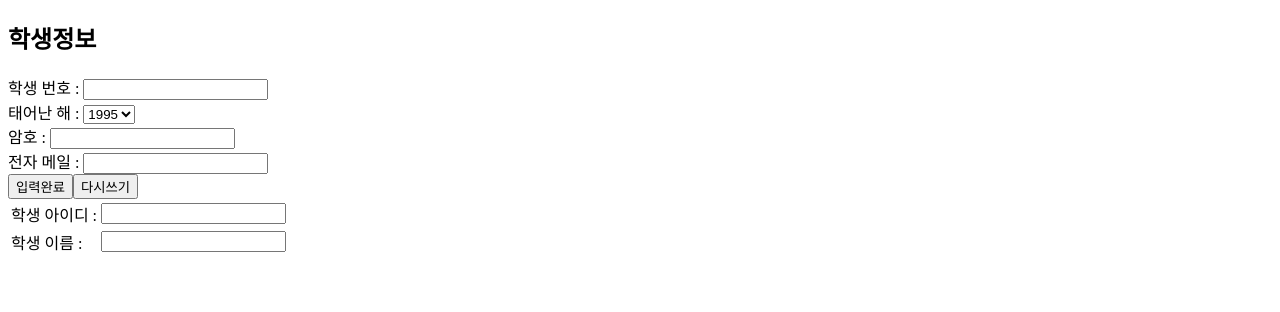
Repository: sunyeongan/Univ_lecture
Page: WebSever_2022/work/week12/week12/src/main/webapp/form2.html
These files come from the project's save history. The page is drawn as it stood at one moment and after the next save; the edit follows.
The browser window is 1280 px wide. The pictures show the whole page.

Above is the page before, as saved 2022-05-17 02:13:52.

### WebSever_2022/work/week12/week12/src/main/webapp/form2.html
<!DOCTYPE html>
<html>
<head>
<meta http-equiv="Content-Type" content="text/html;charset=EUC-KR">
<title>학생 </title>
</head>
<body>
	<h2> 학생정보 </h2>
	<form method = post action = form.jsp>
	<table>
	<tr><td>학생 아이디 : </td> <td><input type = text name = id ></td></tr>
	<tr><td>학생 이름  : </td> <td><input type = text name = Sname></td></tr>
	학생 번호 : <input type = text name = call><br>
	태어난 해 : <select>
				<option>1995</option>
				<option>1996</option>
			</select><br>
	암호 : <input type = password name = pw><br>
	전자 메일 : <input type = "text" name = mail><br>
	<input type="submit" value = "입력완료">
	<input type="submit" value = "다시쓰기">
	</table>

	</form>


</body>
</html>

After the next save:
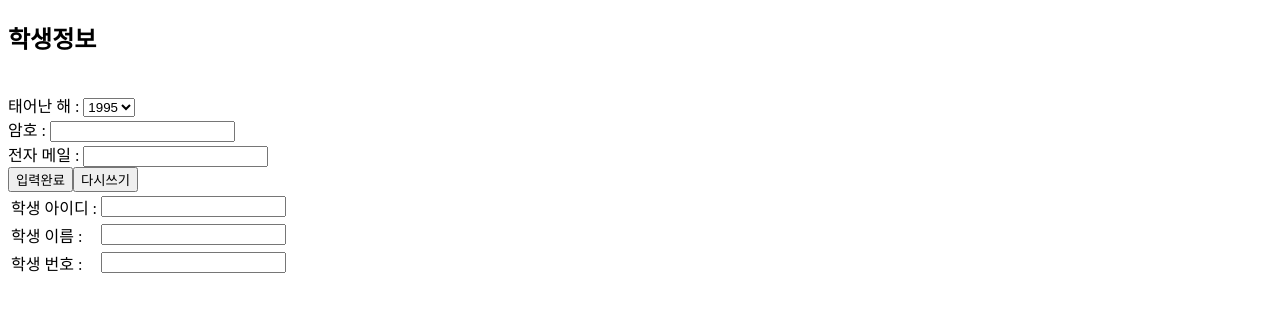
Saved 38 s later.
--- a/WebSever_2022/work/week12/week12/src/main/webapp/form2.html
+++ b/WebSever_2022/work/week12/week12/src/main/webapp/form2.html
@@ -10,7 +10,7 @@
 	<table>
 	<tr><td>학생 아이디 : </td> <td><input type = text name = id ></td></tr>
 	<tr><td>학생 이름  : </td> <td><input type = text name = Sname></td></tr>
-	학생 번호 : <input type = text name = call><br>
+	<tr><td>학생 번호 : </td> <td><input type = text name = call></td></tr><br>
 	태어난 해 : <select>
 				<option>1995</option>
 				<option>1996</option>
